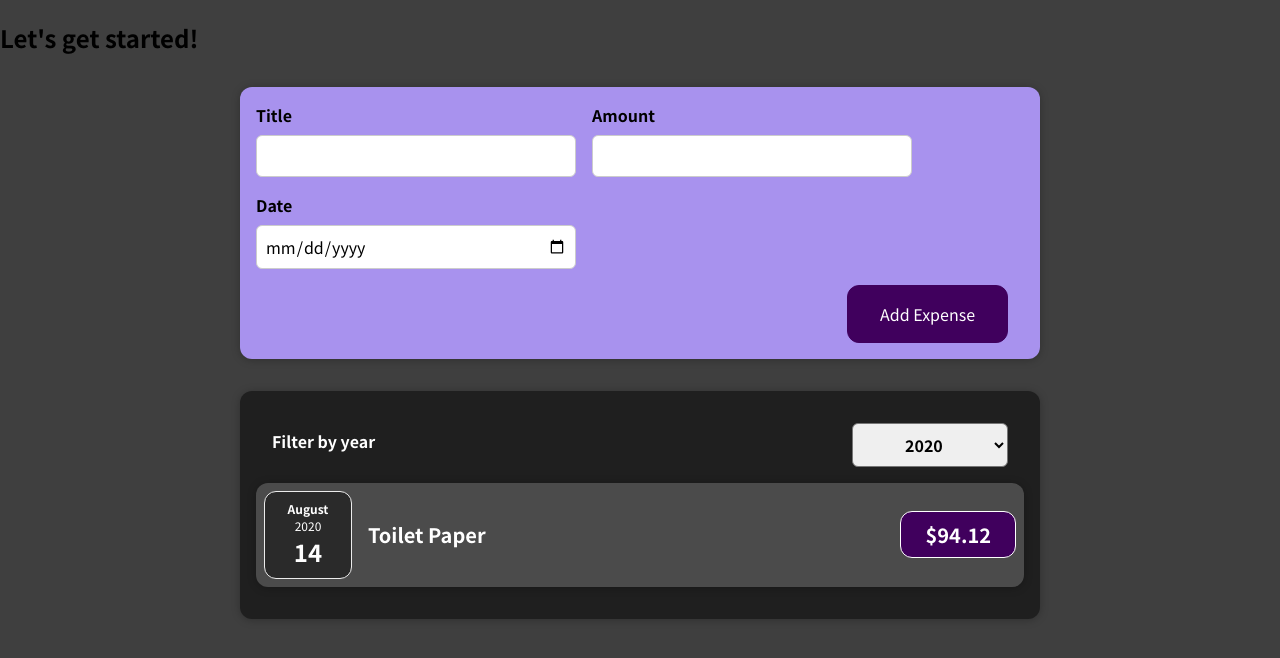
Repository: Dark-Developer93/react-complete-guide
Page: /, after clicking the first element matching `button`
The author's editor kept a copy of each file at every save. The page is drawn from the files as they stood at one save, then again after the next save.
The browser window is 1280 px wide. The pictures show the whole page.
The project was rebuilt for these pictures with package versions that can differ from the ones it lists, and the page was loaded fresh each time.

Above is the page before, as saved 2022-11-05 09:50:58.

### src/App.js
import React, { useState } from "react";
import Expenses from "./components/Expenses/Expenses";
import NewExpense from "./components/NewExpense/NewExpense";

const IntialExpenses = [
  {
    id: "e1",
    title: "Toilet Paper",
    amount: 94.12,
    date: new Date(2020, 7, 14),
  },
  {
    id: "e2",
    title: "New TV",
    amount: 799.49,
    date: new Date(2021, 2, 12),
  },
  {
    id: "e3",
    title: "Car Insurance",
    amount: 294.67,
    date: new Date(2021, 2, 28),
  },
  {
    id: "e4",
    title: "New Desk (Wooden)",
    amount: 450,
    date: new Date(2021, 5, 12),
  },
];

const App = () => {
  const [expenses, SetExpenses] = useState(IntialExpenses);

  const addExpenseHandler = (expense) => {
    SetExpenses((prevExpenses) => {
      return [expense, ...prevExpenses];
    });
  };

  return (
    <div>
      <h2>Let's get started!</h2>
      <NewExpense onAddExpnese={addExpenseHandler} />
      <Expenses items={expenses} />
    </div>
  );
};

export default App;

### src/components/Expenses/Expenses.js
import React, { useState } from "react";

import "./Expenses.css";
import Card from "../UI/Card";
import ExpensesFilter from "./ExpensesFilter";
import ExpensesList from "./ExpensesList";

const Expenses = (props) => {
  const [filteredYear, setFilteredYear] = useState("2020");
  const filterChangeHandler = (selectedYear) => {
    setFilteredYear(selectedYear);
    console.log(selectedYear);
  };
  const filteredExpense = props.items.filter((expense) => {
    return expense.date.getFullYear().toString() === filteredYear;
  });

  return (
    <Card className="expenses">
      <ExpensesFilter
        onChangeFilter={filterChangeHandler}
        selected={filteredYear}
      />
      <ExpensesList items={filteredExpense} />
    </Card>
  );
};

export default Expenses;

### src/components/NewExpense/NewExpense.js
import React, { useState } from "react";
import "./NewExpense.css";
import ExpenseForm from "./ExpenseForm";

const NewExpense = (props) => {
  const [isEditing, setIsEditing] = useState(false);
  const saveExpenseDataHandler = (enteredExpenseData) => {
    const expenseData = {
      ...enteredExpenseData,
      id: Math.random().toString(),
    };
    props.onAddExpnese(expenseData);
  };
  const addNewExpenseHandler = () => {
    setIsEditing(true);
  };

  return (
    <div className="new-expense">
      {!isEditing && (
        <button type="button" onClick={addNewExpenseHandler}>
          Add New Expense
        </button>
      )}
      {isEditing && <ExpenseForm onSaveExpenseDate={saveExpenseDataHandler} />}
    </div>
  );
};

export default NewExpense;

### src/components/Expenses/ExpensesFilter.js
import React from "react";

import "./ExpensesFilter.css";

const ExpensesFilter = (props) => {
  const dropDownChangeHandler = (e) => {
    props.onChangeFilter(e.target.value);
  };
  return (
    <div className="expenses-filter">
      <div className="expenses-filter__control">
        <label>Filter by year</label>
        <select onChange={dropDownChangeHandler} value={props.selected}>
          <option value="2022">2022</option>
          <option value="2021">2021</option>
          <option value="2020">2020</option>
          <option value="2019">2019</option>
        </select>
      </div>
    </div>
  );
};

export default ExpensesFilter;

### src/components/Expenses/ExpensesList.js
import React from "react";

import ExpenseItem from "./ExpenseItem";
import "./ExpensesList.css";

const ExpensesList = (props) => {
  if (props.items.length === 0) {
    return <h2 className="expenses-list__fallback">Found no expenses.</h2>;
  }
  return (
    <ul className="expenses-list">
      {props.items.map((expense) => (
        <ExpenseItem
          key={expense.id}
          title={expense.title}
          amount={expense.amount}
          date={expense.date}
        />
      ))}
    </ul>
  );
};

export default ExpensesList;

### src/components/NewExpense/NewExpense.css
.new-expense {
  background-color: #a892ee;
  padding: 1rem;
  margin: 2rem auto;
  width: 50rem;
  max-width: 95%;
  border-radius: 12px;
  text-align: center;
  box-shadow: 0 1px 8px rgba(0, 0, 0, 0.25);
}

.new-expense button {
  font: inherit;
  cursor: pointer;
  padding: 1rem 2rem;
  border: 1px solid #40005d;
  background-color: #40005d;
  color: white;
  border-radius: 12px;
  margin-right: 1rem;
}

.new-expense button:hover,
.new-expense button:active {
  background-color: #510674;
  border-color: #510674;
}

.new-expense button.alternative {
  color: #220131;
  border-color: transparent;
  background-color: transparent;
}

.new-expense button.alternative:hover,
.new-expense button.alternative:active {
  background-color: #ddb3f8;
}

### src/components/NewExpense/ExpenseForm.js
import React, { useState } from "react";
import "./ExpenseForm.css";

const ExpenseForm = (props) => {
  const [enteredTitle, setEnteredTitle] = useState("");
  const [enteredAmount, setEnteredAmount] = useState("");
  const [enteredDate, setEnteredDate] = useState("");
  // const [userInput, setUserInput] = useState({
  //   enteredTitle: "",
  //   enteredAmount: "",
  //   enteredDate: "",
  // });
  const titleChangeHandler = (e) => {
    setEnteredTitle(e.target.value);
    // setUserInput((prevState) => {
    //   return { ...prevState, enteredTitle: e.target.value };
    // });
  };
  const amountChangeHandler = (e) => {
    setEnteredAmount(e.target.value);
    // setUserInput((prevState) => {
    //   return { ...prevState, enteredAmount: e.target.value };
    // });
  };
  const dateChangeHandler = (e) => {
    setEnteredDate(e.target.value);
    // setUserInput((prevState) => {
    //   return { ...prevState, enteredDate: e.target.value };
    // });
  };
  const submitHandler = (e) => {
    e.preventDefault();
    const enteredData = {
      title: enteredTitle,
      amount: enteredAmount,
      date: new Date(enteredDate),
    };
    props.onSaveExpenseDate(enteredData);
    setEnteredTitle("");
    setEnteredAmount("");
    setEnteredDate("");
  };
  return (
    <form onSubmit={submitHandler}>
      <div className="new-expense__controls">
        <div className="new-expense__control">
          <label>Title</label>
          <input
            type="text"
            onChange={titleChangeHandler}
            value={enteredTitle}
          />
        </div>
        <div className="new-expense__control">
          <label>Amount</label>
          <input
            type="number"
            min="0.01"
            step="0.01"
            onChange={amountChangeHandler}
            value={enteredAmount}
          />
        </div>
        <div className="new-expense__control">
          <label>Date</label>
          <input
            type="date"
            min="2019-01-01"
            max="2022-12-31"
            onChange={dateChangeHandler}
            value={enteredDate}
          />
        </div>
      </div>
      <div className="new-expense__actions">
        <button type="submit">Add Expense</button>
      </div>
    </form>
  );
};

export default ExpenseForm;

### src/components/Expenses/ExpenseItem.js
import "./ExpenseItem.css";
import ExpenseDate from "./ExpenseDate";
import Card from "../UI/Card";

const ExpenseItem = (props) => {
  const { title, amount, date } = props;
  return (
    <li>
      <Card className="expense-item">
        <ExpenseDate date={date} />
        <div className="expense-item__description">
          <h2>{title}</h2>
          <div className="expense-item__price">${amount}</div>
        </div>
      </Card>
    </li>
  );
};

export default ExpenseItem;

### src/components/Expenses/ExpenseItem.css
.expense-item {
  display: flex;
  justify-content: space-between;
  align-items: center;
  padding: 0.5rem;
  margin: 1rem 0;
  background-color: #4b4b4b;
}

.expense-item__description {
  display: flex;
  flex-direction: column;
  gap: 1rem;
  align-items: flex-end;
  flex-flow: column-reverse;
  justify-content: flex-start;
  flex: 1;
}

.expense-item h2 {
  color: #3a3a3a;
  font-size: 1rem;
  flex: 1;
  margin: 0 1rem;
  color: white;
}

.expense-item__price {
  font-size: 1rem;
  font-weight: bold;
  color: white;
  background-color: #40005d;
  border: 1px solid white;
  padding: 0.5rem;
  border-radius: 12px;
}

@media (min-width: 580px) {
  .expense-item__description {
    flex-direction: row;
    align-items: center;
    justify-content: flex-start;
    flex: 1;
  }

  .expense-item__description h2 {
    font-size: 1.25rem;
  }

  .expense-item__price {
    font-size: 1.25rem;
    padding: 0.5rem 1.5rem;
  }
}

### src/components/Expenses/ExpenseDate.js
import "./ExpenseDate.css";
const ExpenseDate = (props) => {
  const month = props.date.toLocaleDateString("en-US", { month: "long" });
  const year = props.date.getFullYear();
  const day = props.date.toLocaleDateString("en-US", { day: "numeric" });
  return (
    <div className="expense-date">
      <div className="expense-date__month">{month}</div>
      <div className="expense-date__year">{year}</div>
      <div className="expense-date__day">{day}</div>
    </div>
  );
};

export default ExpenseDate;

Loaded but not shown: public/index.html (common file); src/index.js (common file); src/index.css (common file); src/components/Expenses/Expenses.css (common file); src/components/UI/Card.js (common file); src/components/UI/Card.css (common file); src/components/Expenses/ExpensesFilter.css (common file); src/components/Expenses/ExpensesList.css (common file); src/components/NewExpense/ExpenseForm.css (common file); src/components/Expenses/ExpenseDate.css (common file)

After the next save:
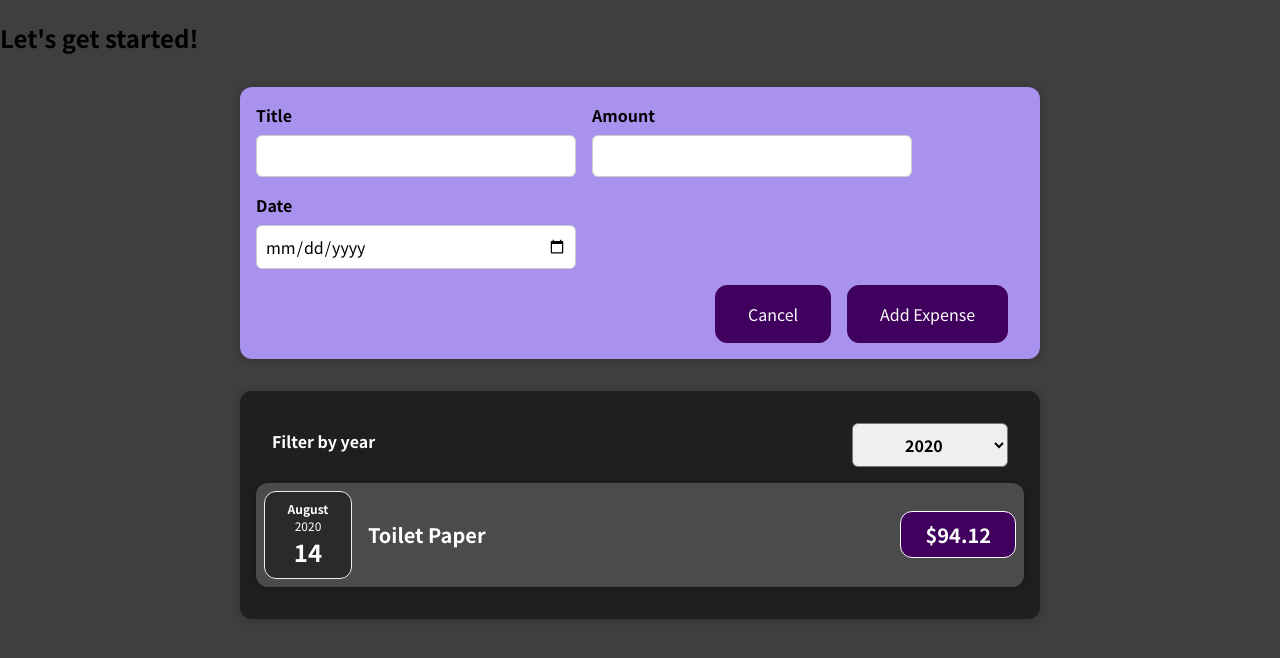
Saved 37 s later.
--- a/src/components/NewExpense/ExpenseForm.js
+++ b/src/components/NewExpense/ExpenseForm.js
@@ -73,6 +73,7 @@ const ExpenseForm = (props) => {
         </div>
       </div>
       <div className="new-expense__actions">
+        <button type="button">Cancel</button>
         <button type="submit">Add Expense</button>
       </div>
     </form>
